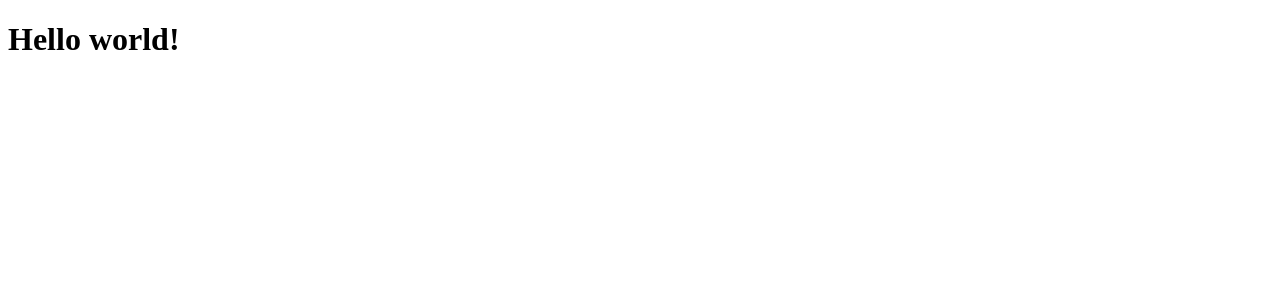
Repository: LaureanoC/Java-Foodtruck
Page: Foodtruck/src/main/webapp/altaEmpleado.html
These files come from the project's save history. The page is drawn as it stood at one moment and after the next save; the edit follows.
The browser window is 1280 px wide. The pictures show the whole page.

Above is the page before, as saved 2023-07-06 18:24:46.

After the next save:
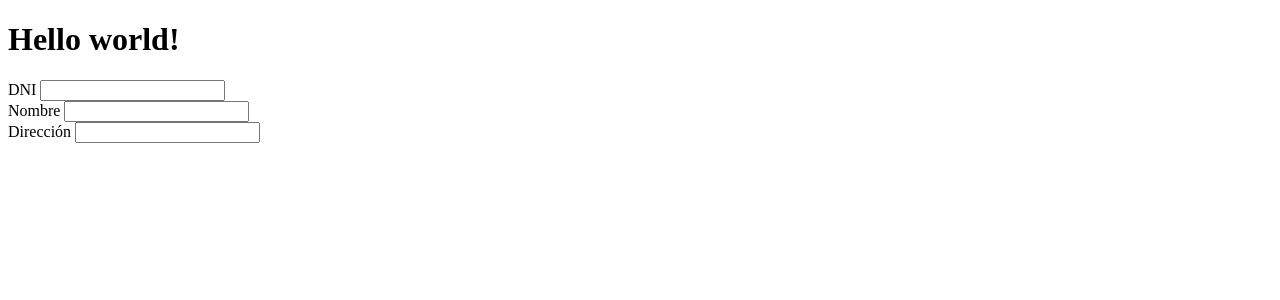
Saved 2 min 13 s later.
--- a/Foodtruck/src/main/webapp/altaEmpleado.html
+++ b/Foodtruck/src/main/webapp/altaEmpleado.html
@@ -6,5 +6,22 @@
 </head>
 <body>
 	<h1>Hello world!</h1>
+
+	<form>
+		<div>
+			<label>DNI</label>
+			<input name="dni">
+		</div>
+		<div>
+			<label>Nombre</label>
+			<input name="nombre">
+		</div>
+		<div>
+			<label>Dirección</label>
+			<input name="dirección">
+		</div>
+
+
+	</form>
 </body>
 </html>
